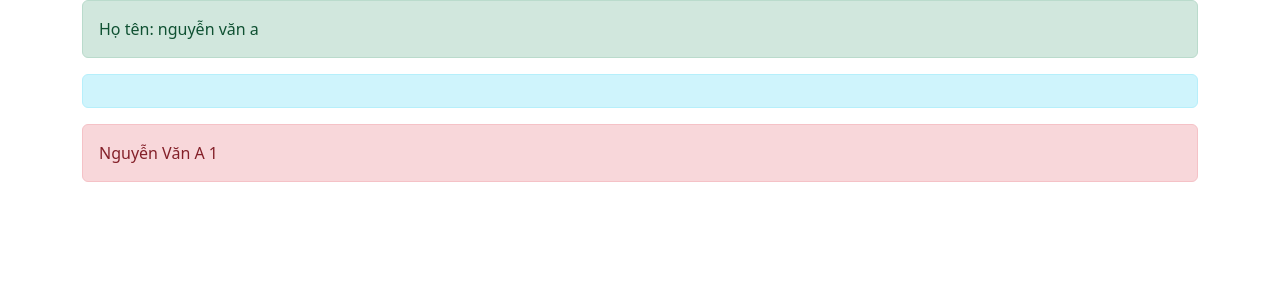
Repository: hcozyph/CyberSoft_Bai_Tap_Tren_Lop
Page: AJAX/AJAX_BASIC/index.html
The author's editor kept a copy of each file at every save. The page is drawn from the files as they stood at one save, then again after the next save.
The browser window is 1280 px wide. The pictures show the whole page.
Some web libraries are served in a nearby version.

Above is the page before, as saved 2023-03-05 11:33:52.

After the next save:
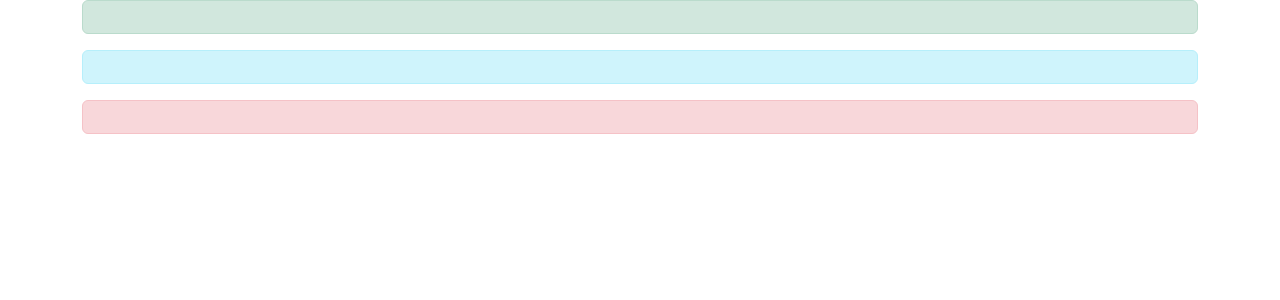
Console error: SyntaxError: Unexpected token ';'
Saved 79 s later.
--- a/AJAX/AJAX_BASIC/JS/index.js
+++ b/AJAX/AJAX_BASIC/JS/index.js
@@ -38,7 +38,9 @@
     //Thành công
     promise.then(function (res) {
         console.log(res.data)
+        document.getElementById('content-xml').innerHTML = ;
     });
+
 
     //Thất bại
     promise.catch(function (err) {

After the save that followed:
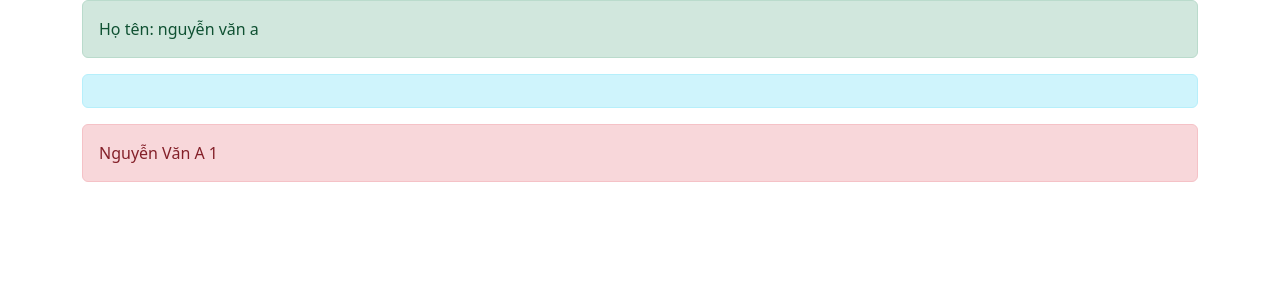
The error is gone.
Saved 8 s later.
--- a/AJAX/AJAX_BASIC/JS/index.js
+++ b/AJAX/AJAX_BASIC/JS/index.js
@@ -38,7 +38,7 @@
     //Thành công
     promise.then(function (res) {
         console.log(res.data)
-        document.getElementById('content-xml').innerHTML = ;
+        document.getElementById('content-xml').innerHTML = '';
     });
 
 
